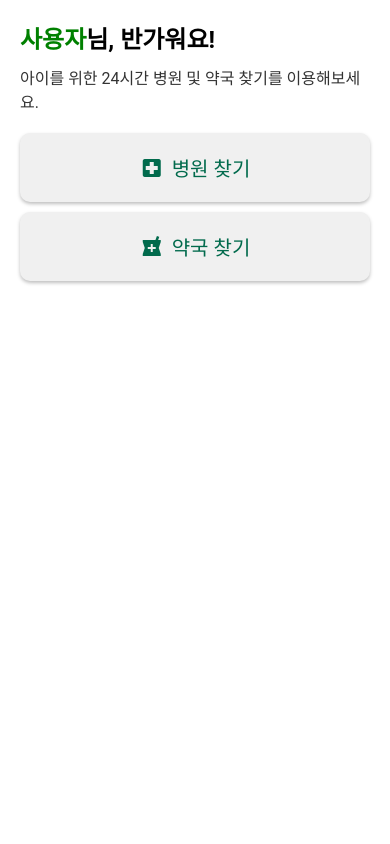
Repository: Sesac-icare/FrontEndiCare
Screen: / (app in iCare/)
These files come from the project's save history. The screen is drawn as it stood at one moment and after the next save; the edit follows.
The app was drawn by React Native's web renderer in a window 390 px wide. The project was rebuilt for these pictures with package versions that can differ from the ones it lists, and the page was loaded fresh each time. Some packages were replaced by stand-ins written for this rebuild.

Above is the screen before, as saved 2025-02-04 16:05:21.

### iCare/index.js
import { registerRootComponent } from "expo";

import App from "./App";

// registerRootComponent calls AppRegistry.registerComponent('main', () => App);
// It also ensures that whether you load the app in Expo Go or in a native build,
// the environment is set up appropriately
registerRootComponent(App);

// import { AppRegistry } from "react-native";
// import App from "./src/App";
// import { iCare } from "./app.json";

// import appConfig from "./app.json";

// const appName = appConfig.expo.name;

// AppRegistry.registerComponent(appName, () => App);

### iCare/App.js
// import { StatusBar } from "expo-status-bar";
// import { StyleSheet, Text, View } from "react-native";

// export default function App() {
//   return (
//     <View style={styles.container}>
//       <Text>Open up App.js to start working on your app!</Text>
//       <StatusBar style="auto" />
//     </View>
//   );
// }

// const styles = StyleSheet.create({
//   container: {
//     flex: 1,
//     backgroundColor: "#fff",
//     alignItems: "center",
//     justifyContent: "center"
//   }
// });
//__________________________________________________________
// import App from "./src/App";
// import { StatusBar } from "expo-status-bar";
// import React from "react";
// import {Text} from 'react-native';

// export default function App() {
//   return (
//     <>
//     <View style={styles.container}>
//       <Text>Open up App.js to start working on your app!</Text>
//       <StatusBar style="auto" />
//     </View>
//     </>
//   );
// }

// export default App;

import React, { useCallback } from "react";
import {
  View,
  Text,
  StyleSheet,
  Platform,
  TouchableOpacity
} from "react-native";
import { MaterialIcons } from "@expo/vector-icons";
import * as SplashScreen from "expo-splash-screen";
import * as Font from "expo-font";

// 스플래시 스크린 유지
SplashScreen.preventAutoHideAsync();

export default function App() {
  const [fontsLoaded] = Font.useFonts({
    // 임시로 시스템 폰트를 사용하거나, 폰트 로딩을 제거
    // NotoSansKR: require("./assets/fonts/NotoSansKR-Regular.otf")
  });

  const onLayoutRootView = useCallback(async () => {
    if (fontsLoaded) {
      await SplashScreen.hideAsync();
    }
  }, [fontsLoaded]);

  if (!fontsLoaded) {
    return null;
  }

  return (
    <View style={styles.container} onLayout={onLayoutRootView}>
      <View style={styles.titleContainer}>
        <Text
          style={[
            styles.titleGreen,
            { fontFamily: Platform.OS === "ios" ? "System" : "Roboto" }
          ]}
        >
          사용자
        </Text>
        <Text
          style={[
            styles.title,
            { fontFamily: Platform.OS === "ios" ? "System" : "Roboto" }
          ]}
        >
          님, 반가워요!
        </Text>
      </View>
      <Text
        style={[
          styles.subtitle,
          { fontFamily: Platform.OS === "ios" ? "System" : "Roboto" }
        ]}
      >
        아이를 위한 24시간 병원 및 약국 찾기를 이용해보세요.
      </Text>
      <TouchableOpacity
        style={styles.button}
        onPress={() => {
          console.log("병원 찾기 클릭됨");
        }}
      >
        <View style={styles.buttonContent}>
          <MaterialIcons name="local-hospital" size={24} color="#016a4c" />
          <Text
            style={[
              styles.buttonText,
              { fontFamily: Platform.OS === "ios" ? "System" : "Roboto" }
            ]}
          >
            병원 찾기
          </Text>
        </View>
      </TouchableOpacity>
      <TouchableOpacity
        style={styles.button}
        onPress={() => {
          console.log("약국 찾기 클릭됨");
        }}
      >
        <View style={styles.buttonContent}>
          <MaterialIcons name="local-pharmacy" size={24} color="#016a4c" />
          <Text
            style={[
              styles.buttonText,
              { fontFamily: Platform.OS === "ios" ? "System" : "Roboto" }
            ]}
          >
            약국 찾기
          </Text>
        </View>
      </TouchableOpacity>
    </View>
  );
}

const styles = StyleSheet.create({
  container: {
    flex: 1,
    backgroundColor: "#fff",
    padding: 20
  },
  titleContainer: {
    flexDirection: "row"
  },
  titleGreen: {
    fontSize: 24,
    fontWeight: "bold",
    color: "green"
    // fontFamily: "NotoSansKR" // 주석 처리
  },
  title: {
    fontSize: 24,
    fontWeight: "bold",
    color: "black",
    marginBottom: 10
    // fontFamily: "NotoSansKR" // 주석 처리
  },
  subtitle: {
    fontSize: 16,
    color: "#333",
    marginBottom: 20
    // fontFamily: "NotoSansKR" // 주석 처리
  },
  button: {
    backgroundColor: "#f0f0f0",
    padding: 20,
    width: "100%",
    borderRadius: 10,
    marginBottom: 10,
    alignItems: "center",
    elevation: 3, // Android 그림자
    shadowColor: "#000", // iOS 그림자
    shadowOffset: {
      width: 0,
      height: 2
    },
    shadowOpacity: 0.25,
    shadowRadius: 3.84
  },
  buttonContent: {
    flexDirection: "row",
    alignItems: "center",
    gap: 8 // 아이콘과 텍스트 사이의 간격
  },
  buttonText: {
    fontSize: 20,
    color: "#016a4c",
    fontFamily: "NotoSansKR" // 주석 처리
  }
});

After the next save:
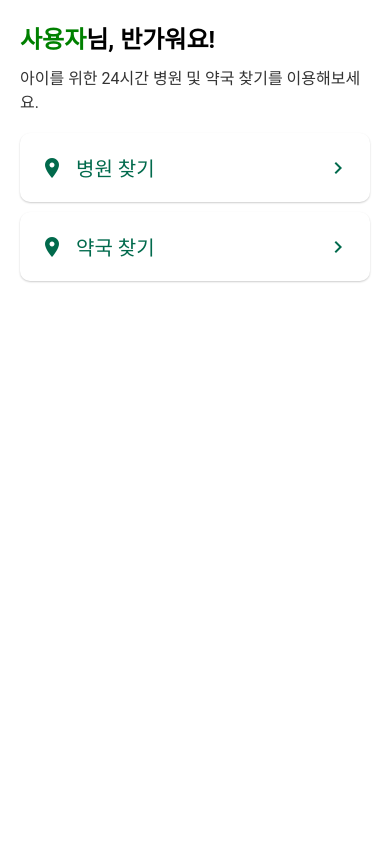
Saved 80 s later.
--- a/iCare/App.js
+++ b/iCare/App.js
@@ -103,7 +103,12 @@ export default function App() {
         }}
       >
         <View style={styles.buttonContent}>
-          <MaterialIcons name="local-hospital" size={24} color="#016a4c" />
+          <MaterialIcons
+            name="location-on"
+            size={24}
+            color="#016a4c"
+            style={styles.buttonIcon}
+          />
           <Text
             style={[
               styles.buttonText,
@@ -112,6 +117,12 @@ export default function App() {
           >
             병원 찾기
           </Text>
+          <MaterialIcons
+            name="chevron-right"
+            size={24}
+            color="#016a4c"
+            style={styles.arrowIcon}
+          />
         </View>
       </TouchableOpacity>
       <TouchableOpacity
@@ -121,7 +132,12 @@ export default function App() {
         }}
       >
         <View style={styles.buttonContent}>
-          <MaterialIcons name="local-pharmacy" size={24} color="#016a4c" />
+          <MaterialIcons
+            name="location-on"
+            size={24}
+            color="#016a4c"
+            style={styles.buttonIcon}
+          />
           <Text
             style={[
               styles.buttonText,
@@ -130,6 +146,12 @@ export default function App() {
           >
             약국 찾기
           </Text>
+          <MaterialIcons
+            name="chevron-right"
+            size={24}
+            color="#016a4c"
+            style={styles.arrowIcon}
+          />
         </View>
       </TouchableOpacity>
     </View>
@@ -165,29 +187,33 @@ const styles = StyleSheet.create({
     // fontFamily: "NotoSansKR" // 주석 처리
   },
   button: {
-    backgroundColor: "#f0f0f0",
+    backgroundColor: "#fff",
     padding: 20,
     width: "100%",
     borderRadius: 10,
     marginBottom: 10,
-    alignItems: "center",
-    elevation: 3, // Android 그림자
-    shadowColor: "#000", // iOS 그림자
+    elevation: 2,
+    shadowColor: "#000",
     shadowOffset: {
       width: 0,
-      height: 2
+      height: 1
     },
-    shadowOpacity: 0.25,
-    shadowRadius: 3.84
+    shadowOpacity: 0.2,
+    shadowRadius: 2
   },
   buttonContent: {
     flexDirection: "row",
-    alignItems: "center",
-    gap: 8 // 아이콘과 텍스트 사이의 간격
+    alignItems: "center"
+  },
+  buttonIcon: {
+    marginRight: 12
+  },
+  arrowIcon: {
+    marginLeft: "auto"
   },
   buttonText: {
     fontSize: 20,
     color: "#016a4c",
-    fontFamily: "NotoSansKR" // 주석 처리
+    fontFamily: "NotoSansKR"
   }
 });
